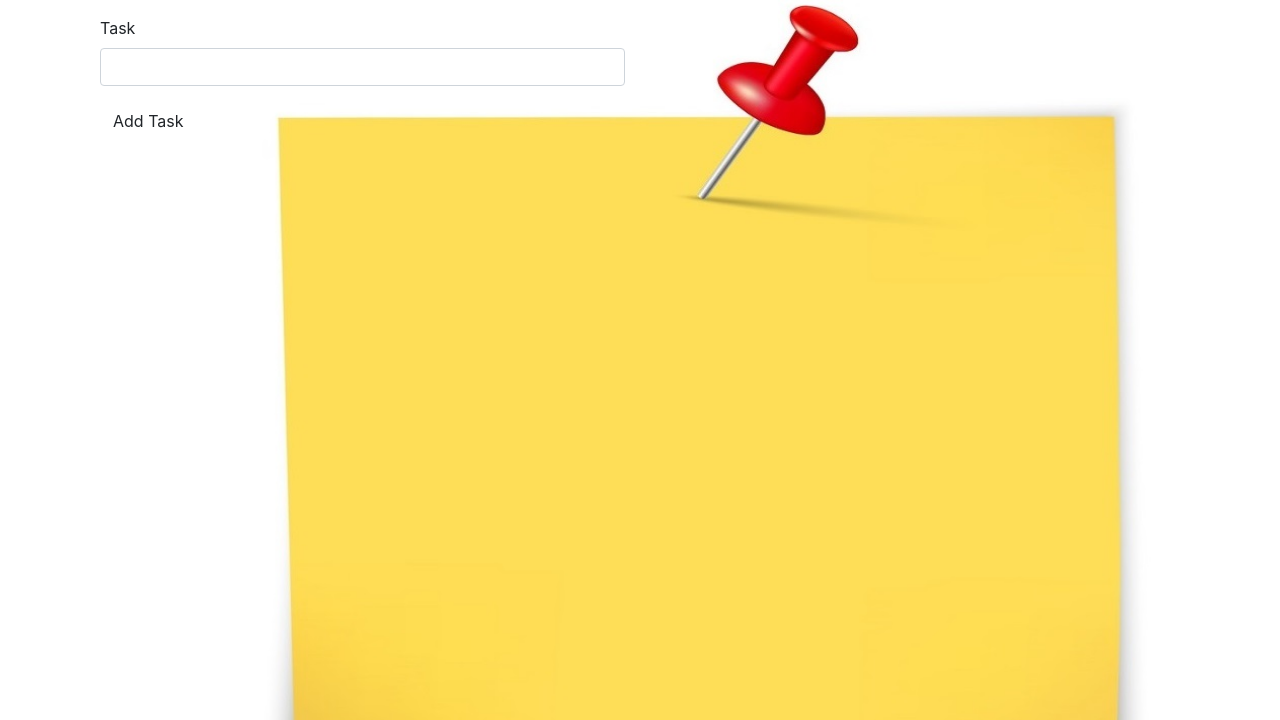
Repository: walaaElbasha/Todo-list-laravel
Page: http://localhost/tasks
These files come from the project's save history. The page is drawn as it stood at one moment and after the next save; the edit follows.
The browser window is 1280 px wide. The pictures show the whole page.
The page is served by the project's Laravel application, run on PHP 8.4 with Laravel 8. Style sheets and scripts are compiled from the project's sources, by tool versions that may differ from the author's. Queries for data that is not in the repository find no rows.

Above is the page before, as saved 2021-07-01 13:10:33.

After the next save:
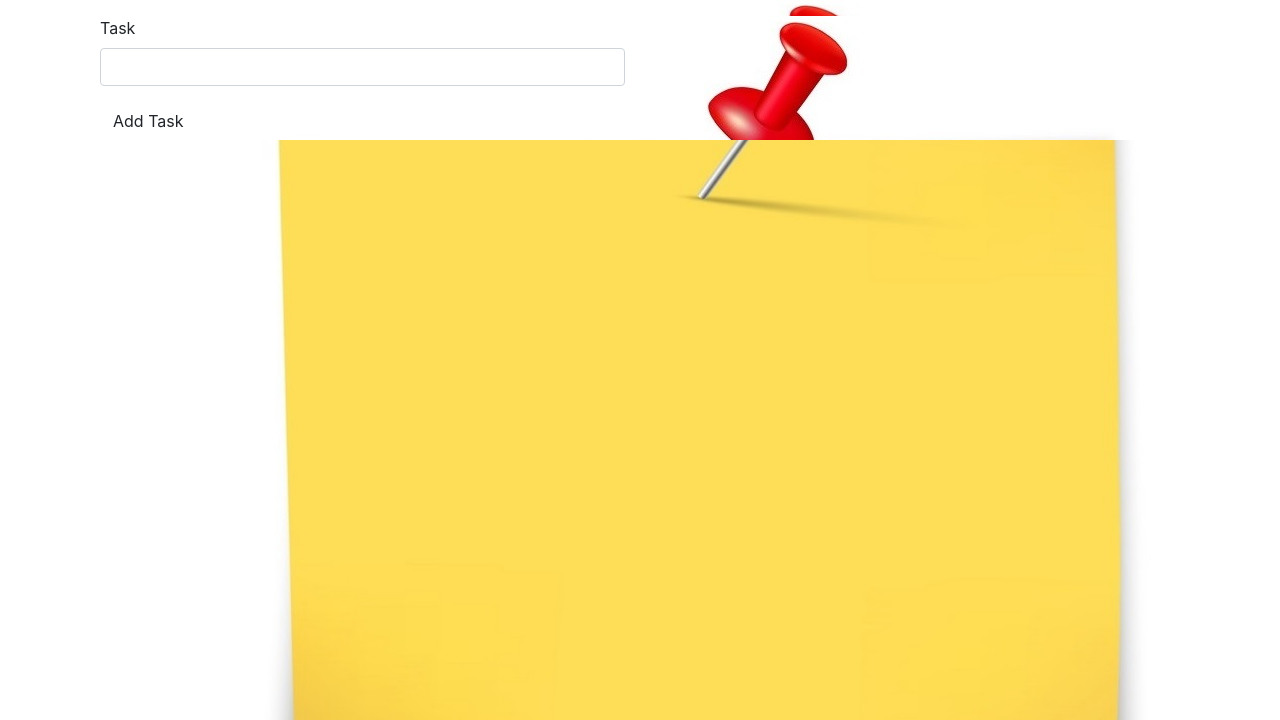
Saved 12 s later.
--- a/resources/views/tasks/index.blade.php
+++ b/resources/views/tasks/index.blade.php
@@ -3,61 +3,62 @@
 @section('content')
 
 <!-- Bootstrap Boilerplate... -->
+<div style="background-image: url('sticky.jpg')">
 
-<div class="container" >
-    <!-- Display Validation Errors -->
+    <div class="container">
+        <!-- Display Validation Errors -->
 
-    @foreach($allTasks as $task)
-    <tr>
-        <th scope=" row">{{ $task->name}}</th>
+        @foreach($allTasks as $task)
+        <tr>
+            <th scope=" row">{{ $task->name}}</th>
 
-    <td>
+            <td>
 
-        <a href="{{ route('tasks.edit',['task' => $task['id']]) }}" class="btn btn-secondary" style="margin-bottom: 20px;">Edit</a>
+                <a href="{{ route('tasks.edit',['task' => $task['id']]) }}" class="btn btn-secondary" style="margin-bottom: 20px;">Edit</a>
 
-        <form style="display:inline" method="POST" action="{{route('tasks.destroy',['task' => $task['id']])}}">
+                <form style="display:inline" method="POST" action="{{route('tasks.destroy',['task' => $task['id']])}}">
+                    @csrf
+                    @method('DELETE')
+                    <button onclick="return confirm('Are you sure?')" class="btn btn-danger" type="submit" style="margin-bottom: 20px;">Delete</button>
+                </form>
+            </td>
+        </tr>
+        <br>
+
+        @endforeach
+        <!-- New Task Form -->
+        <form action="{{ route('tasks.store') }}" method="POST" class="form-horizontal">
             @csrf
-            @method('DELETE')
-            <button onclick="return confirm('Are you sure?')" class="btn btn-danger" type="submit" style="margin-bottom: 20px;">Delete</button>
+
+            <!-- Task Name -->
+            <div class="form-group">
+                <label for="task" class="col-sm-3 control-label">Task</label>
+
+                @if($errors->any())
+                <div class="alert alert-danger">
+                    <ul>
+                        @foreach ($errors->all() as $error)
+                        <li>{{ $error }}</li>
+                        @endforeach
+                    </ul>
+                </div>
+                @endif
+                <div class="col-sm-6">
+                    <input type="text" name="name" id="name" class="form-control">
+                </div>
+            </div>
+
+            <!-- Add Task Button -->
+            <div class="form-group">
+                <div class="col-sm-offset-3 col-sm-6">
+                    <button type="submit" class="btn btn-default">
+                        <i class="fa fa-plus"></i> Add Task
+                    </button>
+                </div>
+            </div>
         </form>
-    </td>
-    </tr>
-    <br>
-
-    @endforeach
-    <!-- New Task Form -->
-    <form action="{{ route('tasks.store') }}" method="POST" class="form-horizontal">
-        @csrf
-
-        <!-- Task Name -->
-        <div class="form-group">
-            <label for="task" class="col-sm-3 control-label">Task</label>
-
-            @if($errors->any())
-            <div class="alert alert-danger">
-                <ul>
-                    @foreach ($errors->all() as $error)
-                    <li>{{ $error }}</li>
-                    @endforeach
-                </ul>
-            </div>
-            @endif
-            <div class="col-sm-6">
-                <input type="text" name="name" id="name" class="form-control">
-            </div>
-        </div>
-
-        <!-- Add Task Button -->
-        <div class="form-group">
-            <div class="col-sm-offset-3 col-sm-6">
-                <button type="submit" class="btn btn-default">
-                    <i class="fa fa-plus"></i> Add Task
-                </button>
-            </div>
-        </div>
-    </form>
+    </div>
 </div>
-
 
 
 <!-- TODO: Current Tasks -->

After the save that followed:
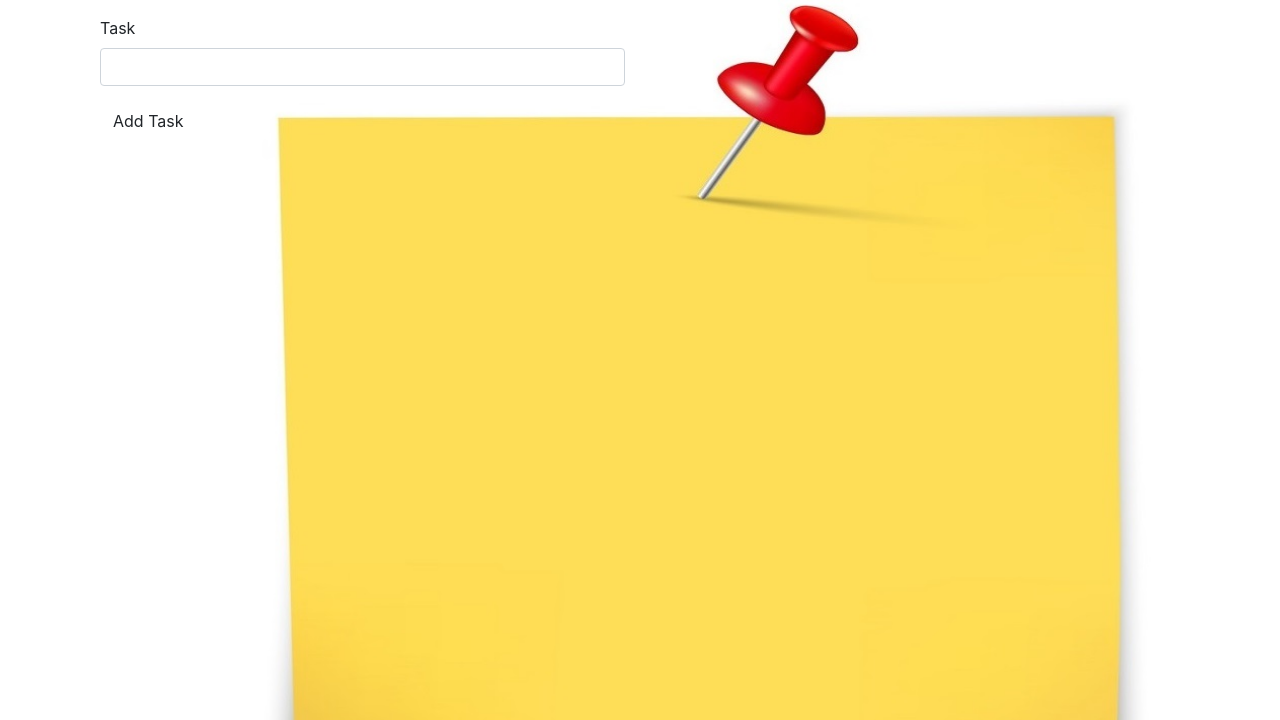
Saved 26 s later.
--- a/resources/views/tasks/index.blade.php
+++ b/resources/views/tasks/index.blade.php
@@ -3,7 +3,7 @@
 @section('content')
 
 <!-- Bootstrap Boilerplate... -->
-<div style="background-image: url('sticky.jpg')">
+<div style="background-image: url('sticky.jpg') repeat:none">
 
     <div class="container">
         <!-- Display Validation Errors -->
